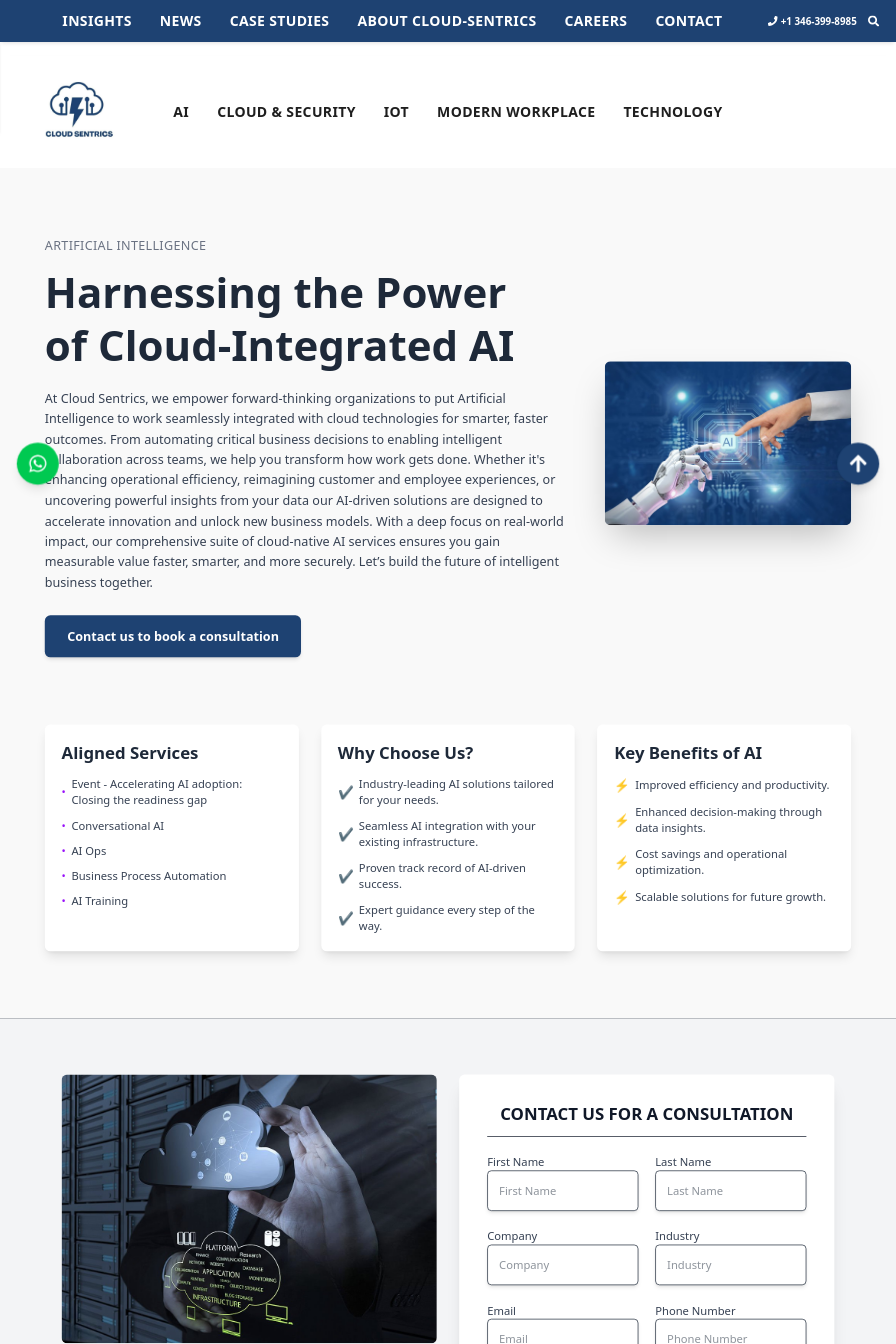
Repository: chykesure/cloudsentrics_
Page: /ai
The author's editor kept a copy of each file at every save. The page is drawn from the files as they stood at one save, then again after the next save.
The browser window is 1280 px wide. The pictures show the part of the page from y = 0 to 1920 px (the page is 3792 px tall), at 70% of full size.
The page's requests for data from a server got no answer. The project was rebuilt for these pictures with package versions that can differ from the ones it lists, and the page was loaded fresh each time. No one was signed in, and anything a server would have sent is missing. Also part of the build but not shown: vite.config.js, src/pages/Header.jsx, src/pages/Footer.jsx, src/pages/students/Reviews.jsx, src/pages/students/Testimony.jsx, src/pages/students/TestimonyLanding.jsx, src/pages/LandingPage.jsx, src/pages/students/Header.jsx and 41 more.

Above is the page before, as saved 2025-04-09 20:11:09.

After the next save:
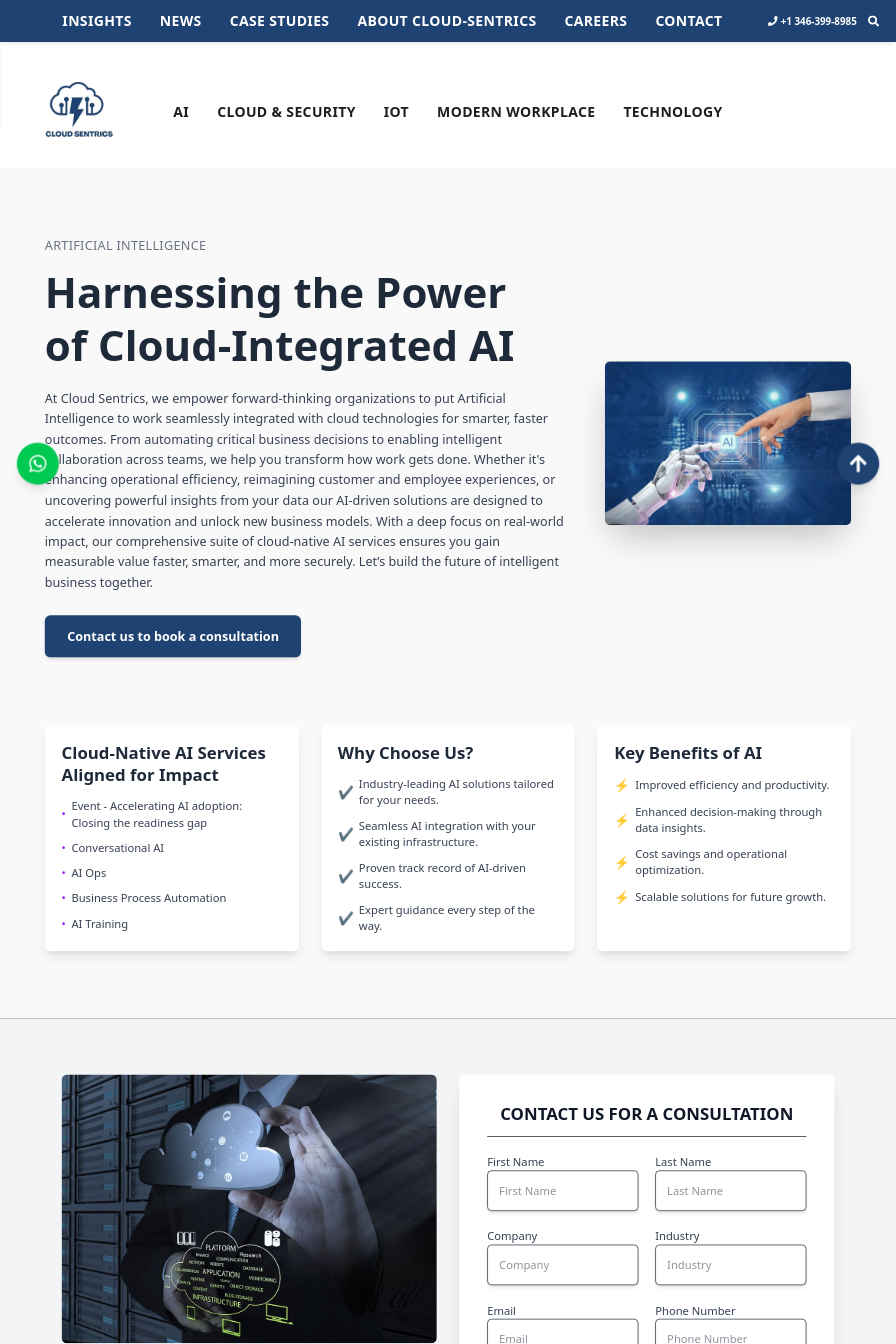
Saved 2 min 19 s later.
--- a/src/pages/partners/menu/ai.jsx
+++ b/src/pages/partners/menu/ai.jsx
@@ -112,7 +112,8 @@
                     <div className="grid grid-cols-1 md:grid-cols-2 lg:grid-cols-3 gap-8 mt-12 w-full">
                         {/* Aligned Services */}
                         <div className="bg-white p-6 rounded-lg shadow-lg border-gray-200 hover:scale-105 hover:shadow-xl flex-shrink-0 w-full">
-                            <h4 className="text-2xl font-semibold text-gray-800">Aligned Services</h4>
+                            <h4 className="text-2xl font-semibold text-gray-800">Cloud-Native AI Services Aligned for Impact
+                            </h4>
                             <ul className="mt-4 space-y-3 text-gray-700">
                                 {[
                                     "Event - Accelerating AI adoption: Closing the readiness gap",
